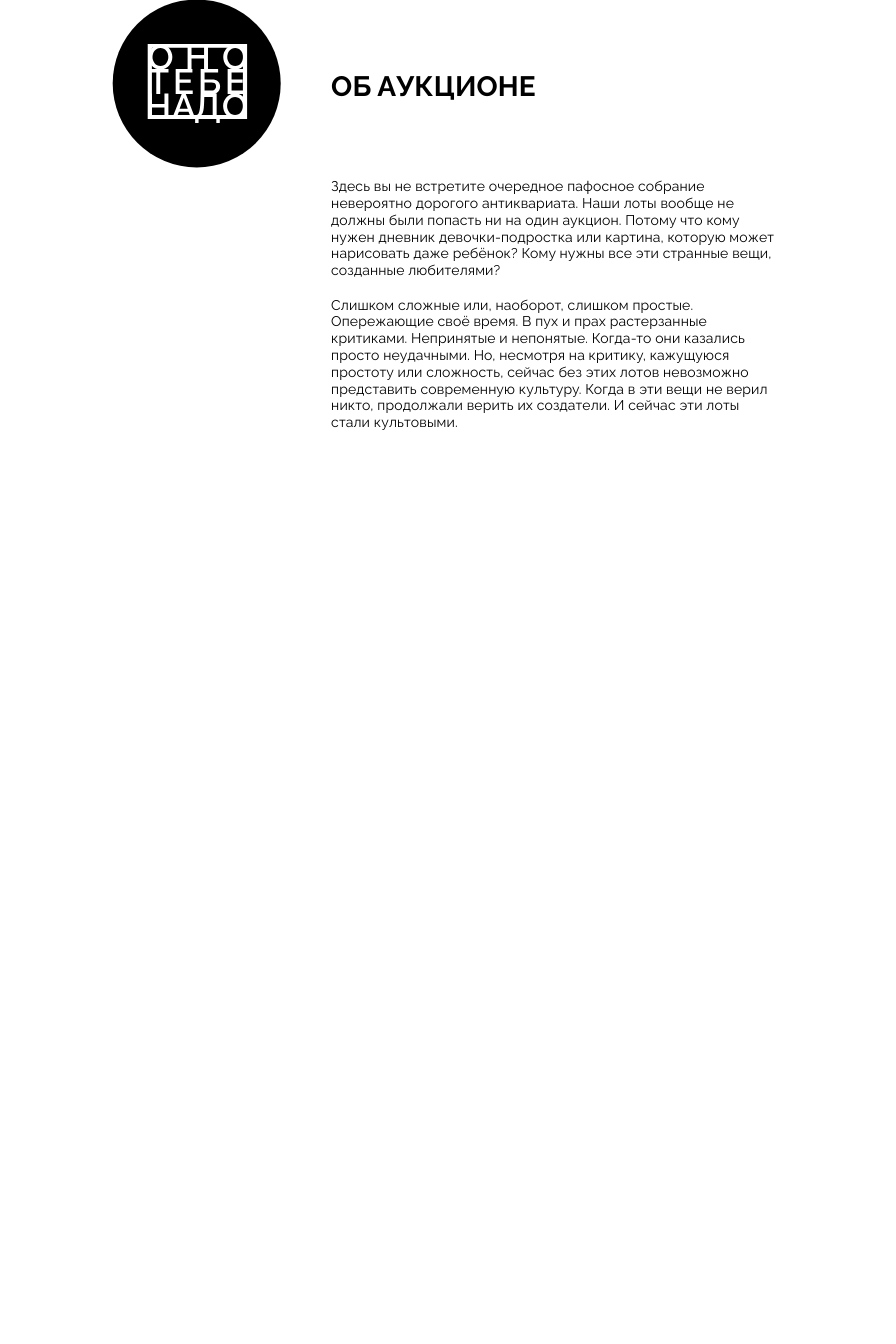
Repository: Smoyki/ono-tebe-nado
Page: index.html
The author's editor kept a copy of each file at every save. The page is drawn from the files as they stood at one save, then again after the next save.
The browser window is 1280 px wide. The pictures show the part of the page from y = 2103 to 4023 px (the page is 4682 px tall before and 4674 px after), at 70% of full size.

Above is the page before, as saved 2024-04-16 22:32:18.

After the next save:
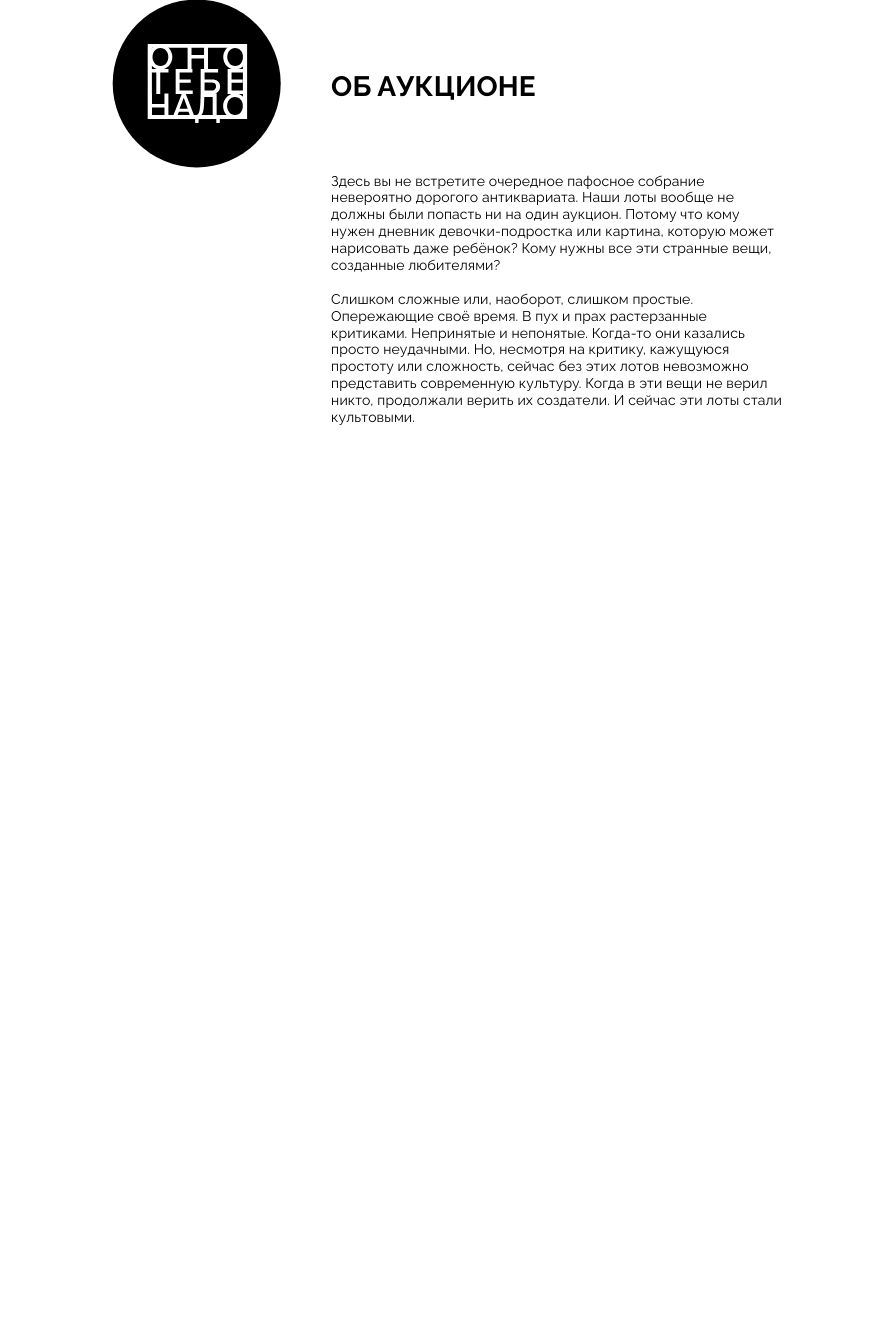
Saved 23 s later.
--- a/styles/style.css
+++ b/styles/style.css
@@ -346,8 +346,6 @@
   flex-direction:column;
   gap: 25px;
   text-align:start;
-  padding-top: 8px;
-  padding-right: 1px;
 }
 
 .footer {
